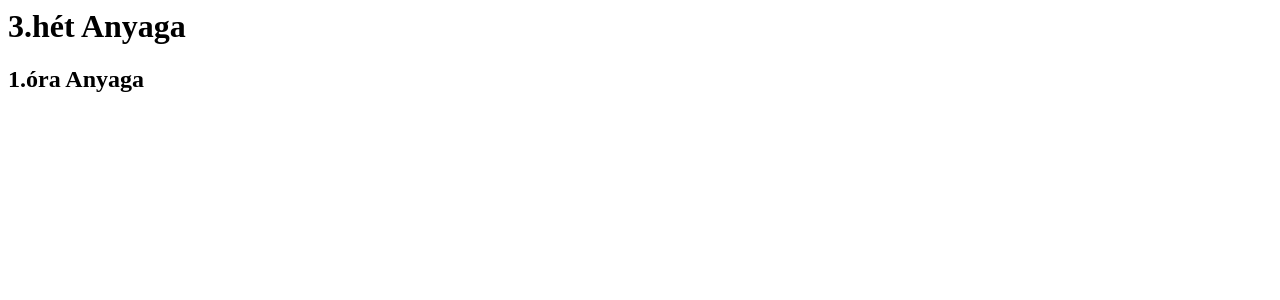
Repository: doomhyena/htdocs
Page: http://localhost/03.Week/index.php
An editor plug-in stored every save of this project. The page is shown before and after the next save, followed by the edit.
The browser window is 1280 px wide. The pictures show the whole page.
The page is run by PHP 8.4 with error messages shown; the project is at /var/www/html/.

Above is the page before, as saved 2024-09-16 12:13:07.

After the next save:
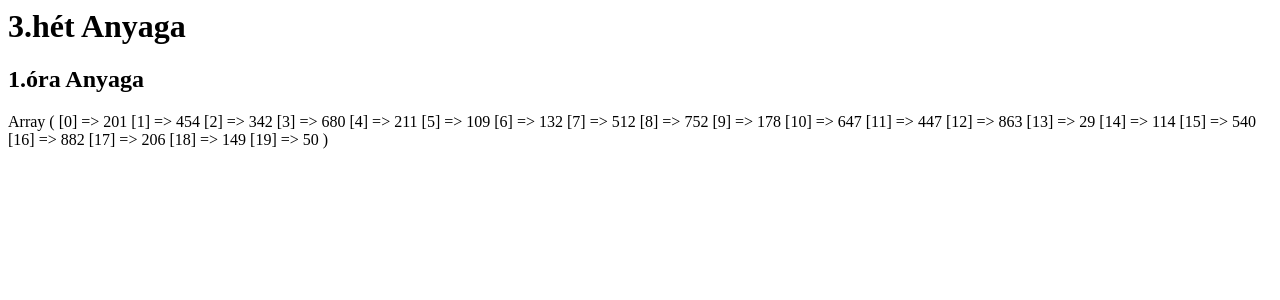
Saved 46 s later.
--- a/03.Week/index.php
+++ b/03.Week/index.php
@@ -11,5 +11,5 @@ for ($i = 0; $i < 20; $i++) {
 
     array_push($list, $randomnumber);
 }
-
+print_r($list)
 ?>
